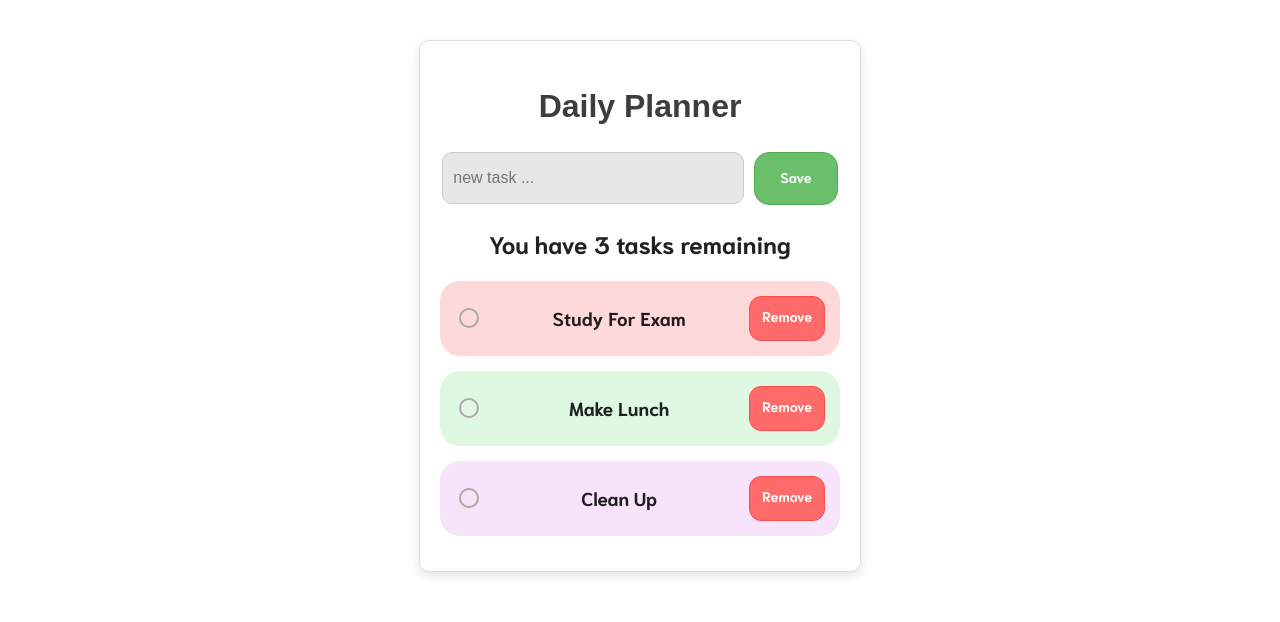
Repository: Zalida-Khan/Frontend-Lab4
Page: /
The author's editor kept a copy of each file at every save. The page is drawn from the files as they stood at one save, then again after a run of saves.
The browser window is 1280 px wide. The pictures show the whole page.
Some web fonts or font styles are not loaded; a fallback is used. The project was rebuilt for these pictures with package versions that can differ from the ones it lists, and the page was loaded fresh each time. Also part of the build but not shown: vite.config.js.

Above is the page before, as saved 2024-10-22 21:40:53.

### index.html
<!doctype html>
<html lang="en">

<head>
  <meta charset="UTF-8" />
  <link rel="icon" type="image/svg+xml" href="/vite.svg" />
  <meta name="viewport" content="width=device-width, initial-scale=1.0" />
  <title>Day Planner</title>
</head>

<body>
  <div id="root"></div>
  <script type="module" src="/src/main.jsx"></script>
</body>

</html>

### src/App.jsx
import "./App.css";
import React, { useState } from "react";
import Task from "./components/Task";
import TaskForm from "./components/TaskForm";

function App() {
  const [tasks, setTasks] = useState([
    { id: 1, text: "Study For Exam", completed: false },
    { id: 2, text: "Make Lunch", completed: false },
    { id: 3, text: "Clean Up", completed: false },
  ]);

  const addTask = (text) =>
    setTasks([...tasks, { id: Date.now(), text, completed: false }]);

  const toggleTask = (id) =>
    setTasks(
      tasks.map((task) =>
        task.id === id ? { ...task, completed: !task.completed } : task
      )
    );

  const removeTask = (id) => setTasks(tasks.filter((task) => task.id !== id));

  const remainingTasks = tasks.filter((task) => !task.completed).length;

  return (
    <div className="app">
      <header>
        <h1>Daily Planner</h1>
      </header>
      <TaskForm addTask={addTask} />
      <h2>
        You have {remainingTasks}{" "}
        {remainingTasks === 1 ? "task" : "tasks"} remaining
      </h2>
      <div className="task-list">
        {tasks.map((task) => (
          <Task
            key={task.id}
            task={task}
            toggleTask={toggleTask}
            removeTask={removeTask}
          />
        ))}
      </div>
    </div>
  );
}

export default App;

### src/index.css
:root {
  font-family: Inter, system-ui, Avenir, Helvetica, Arial, sans-serif;
  line-height: 1.5;
  font-weight: 400;

  color-scheme: light dark;
  color: rgba(0, 0, 0, 0.87);
  background-color: #fefefe;

  font-synthesis: none;
  text-rendering: optimizeLegibility;
  -webkit-font-smoothing: antialiased;
  -moz-osx-font-smoothing: grayscale;
}

### src/App.css
@font-face {
  font-family: "Ruska";
  src: url("../fonts/RuskaDisplay-Regular.otf") format("opentype");
  font-weight: normal;
  font-style: normal;
}

@font-face {
  font-family: "Niramit";
  src: url("../fonts/Niramit-Bold.ttf") format("truetype");
  font-weight: normal;
  font-style: normal;
}

#root {
  max-width: 1280px;
  margin: 0 auto;
  padding: 2rem;
  text-align: center;
  font-family: "Niramit", sans-serif;
}

.app {
  width: 400px;
  margin: 0 auto;
  padding: 20px;
  font-family: "Niramit", sans-serif;
  border: 1px solid #ddd;
  border-radius: 10px;
  box-shadow: 0 4px 10px rgba(0, 0, 0, 0.1);
}

h1 {
  font-family: "Ruska", sans-serif;
  font-weight: 50px;
  color: #3d3d3d;
}

.task-list {
  margin-top: 20px;
}

.task {
  display: flex;
  align-items: center;
  justify-content: space-between;
  margin-bottom: 15px;
  padding: 15px;
  border-radius: 20px;
  font-family: "Niramit", sans-serif;
}

.task:nth-child(6n+1) {
  background-color: #fed9da;
}

.task:nth-child(6n+2) {
  background-color: #def8e2;
}

.task:nth-child(6n+3) {
  background-color: #f7e3fa;
}

.task:nth-child(6n+4) {
  background-color: #ffe5db;
}

.task:nth-child(6n+5) {
  background-color: #fafcd4;
}

.task:nth-child(6n) {
  background-color: #dde0fa;
}

.task h3 {
  margin: 0;
  flex-grow: 1;
  text-decoration: none;
  font-family: "Niramit", sans-serif;
}

.task.completed h3 {
  text-decoration: line-through;
}

.checkmark {
  appearance: none;
  width: 20px;
  height: 20px;
  border-radius: 50%;
  border: 2px solid #aba7a7;
  background-color: transparent; /* Transparent background by default */
  cursor: pointer;
  margin-right: 10px;
  transition: background-color 0.3s, border-color 0.3s;
}

.checkmark:checked {
  background-color: #b7ffdd; /* Fill color when checked */
  border: 2px solid #198754; /* Optional: match border color */
}

.checkmark:checked::after {
  content: ''; /* Keep empty for filled effect */
}

.delete-btn {
  padding: 10px 12px;
  border-radius: 12px;
  padding-bottom: 15px;
  font-family: "Niramit", sans-serif;
  background-color: #ff6b6b;
  border: 1px solid #ff4c4c;
  color: white;
  cursor: pointer;
  font-size: 14px;
  transition: background-color 0.3s;
}

.delete-btn:hover {
  background-color: #ff4c4c;
}

.save-btn {
  padding: 15px 25px;
  border-radius: 15px;
  padding-bottom: 18px;
  background-color: #6bbf6b;
  border: 1px solid #4cae4c;
  font-family: "Niramit", sans-serif;
  color: white;
  cursor: pointer;
  font-size: 14px;
  transition: background-color 0.3s;
}

.save-btn:hover {
  background-color: #4cae4c;
}

.input-field {
  width: 70%;
  height: 30px;
  padding: 10px;
  border-radius: 10px;
  background-color: #e8e7e7;
  margin-right: 10px;
  border: 1px solid #ccc;
  font-size: 16px;
  outline: none;
  color: black;
  transition: border-color 0.3s;
}

.input-field:focus {
  border-color: #000000;
}

### src/components/Task.jsx
import React from 'react';

function Task({ task, toggleTask, removeTask }) {
  return (
    <div className={`task ${task.completed ? 'completed' : ''}`}>
      <input className="checkmark" type="checkbox" checked={task.completed} onChange={() => toggleTask(task.id)} />
      <h3>{task.text}</h3>
      <button className="delete-btn" onClick={() => removeTask(task.id)}>Remove</button>
    </div>
  );
}

export default Task;

### src/components/TaskForm.jsx
import React, { useState } from 'react';

function TaskForm({ addTask }) {
  const [text, setText] = useState('');

  const handleSubmit = (e) => {
    e.preventDefault();
    if (text.trim()) {
      addTask(text);
      setText('');
    }
  };

  return (
    <form onSubmit={handleSubmit}>
      <input className="input-field" type="text" value={text} onChange={(e) => setText(e.target.value)} placeholder="new task ..." />
      <button className="save-btn" type="submit">Save</button>
    </form>
  );
}

export default TaskForm;

Loaded but not shown: src/main.jsx (common file)

After the next 2 saves:
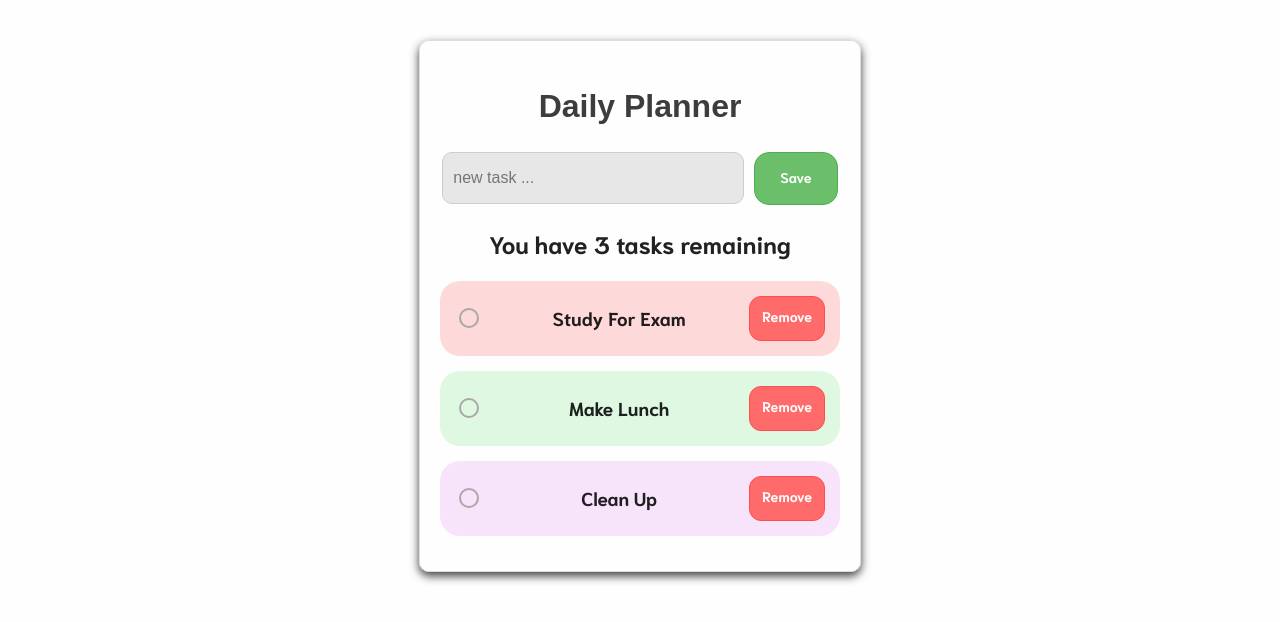
The 2 saves are shown as one change because they came seconds apart.
The last was saved 16 s later.
--- a/src/App.css
+++ b/src/App.css
@@ -27,7 +27,7 @@
   font-family: "Niramit", sans-serif;
   border: 1px solid #ddd;
   border-radius: 10px;
-  box-shadow: 0 4px 10px rgba(0, 0, 0, 0.1);
+  box-shadow: 0 4px 10px #3d3d3d;
 }
 
 h1 {

After the save that followed:
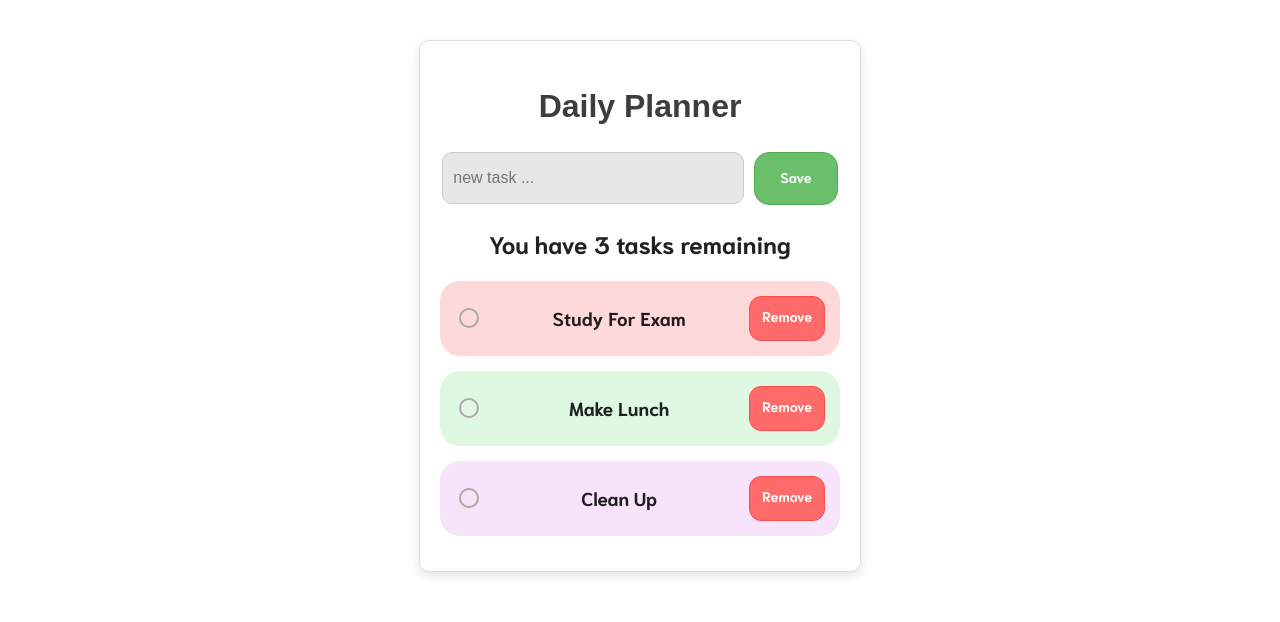
Saved 8 s later.
--- a/src/App.css
+++ b/src/App.css
@@ -27,7 +27,7 @@
   font-family: "Niramit", sans-serif;
   border: 1px solid #ddd;
   border-radius: 10px;
-  box-shadow: 0 4px 10px #3d3d3d;
+  box-shadow: 0 4px 10px rgba(0, 0, 0, 0.1);
 }
 
 h1 {
